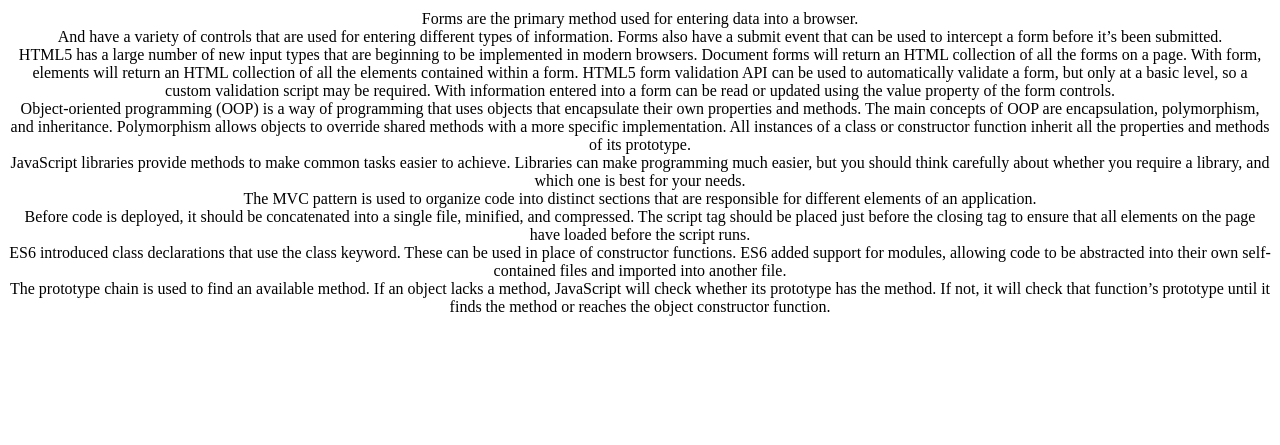
Repository: jknudsen97/WDD-330-Portfolio
Page: week4/notes.html
An editor plug-in stored every save of this project. The page is shown before and after the next save, followed by the edit.
The browser window is 1280 px wide. The pictures show the whole page.

Above is the page before, as saved 2021-10-20 20:10:28.

### week4/notes.html
<!DOCTYPE html>
<html lang="en">
<head>
    <meta charset="UTF-8">
    <meta http-equiv="X-UA-Compatible" content="IE=edge">
    <meta name="viewport" content="width=device-width, initial-scale=1.0">
    <link rel="stylesheet" href="../css/style.css">
    <title>Week 04 Notes</title>
</head>
<body>
    <p>
        Forms are the primary method used for entering data into a browser.<br>
        And have a variety of controls that are used for entering different types of information. Forms also have a submit event that can be used to intercept a form before it’s been submitted.
        <br>
        HTML5 has a large number of new input types that are beginning to be implemented in modern browsers. Document forms will return an HTML collection of all the forms on a page. With form, elements will return an HTML collection of all the elements contained within a form. HTML5 form validation API can be used to automatically validate a form, but only at a basic level, so a custom validation script may be required. With information entered into a form can be read or updated using the value property of the form controls.
        <br>
        Object-oriented programming (OOP) is a way of programming that uses objects that encapsulate their own properties and methods. The main concepts of OOP are encapsulation, polymorphism, and inheritance. Polymorphism allows objects to override shared methods with a more specific implementation. All instances of a class or constructor function inherit all the properties and methods of its prototype.
        <br>
        JavaScript libraries provide methods to make common tasks easier to achieve. Libraries can make programming much easier, but you should think carefully about whether you require a library, and which one is best for your needs.
        <br>
        The MVC pattern is used to organize code into distinct sections that are responsible for different elements of an application.
        <br>
        Before code is deployed, it should be concatenated into a single file, minified, and compressed. The script tag should be placed just before the closing </body> tag to ensure that all elements on the page have loaded before the script runs.
        <br>
        ES6 introduced class declarations that use the class keyword. These can be used in place of constructor functions. ES6 added support for modules, allowing code to be abstracted into their own self-contained files and imported into another file.
        <br>
        The prototype chain is used to find an available method. If an object lacks a method, JavaScript will check whether its prototype has the method. If not, it will check that function’s prototype until it finds the method or reaches the object constructor function.
    </p>
</body>
</html>

### css/style.css
main{
    text-align: center;
}

header{
    color: white;
    background-color: navy;
}

ul{
    list-style-type: none;
}

li{
    width: fit-content;
    border: 2px;
    margin: 5px;
    color: black;
    margin-left: auto;
    margin-right: auto;
    background-color: lightblue;
}

li:hover{
    color: black;
    background-color: white;
}

footer{
    background-color: navy;
    color: white;
}

p{
    display: block;
    border: 10px;
    margin: 10px;
    text-align: center;
    margin-left: auto;
    margin-right: auto;
}

After the next save:
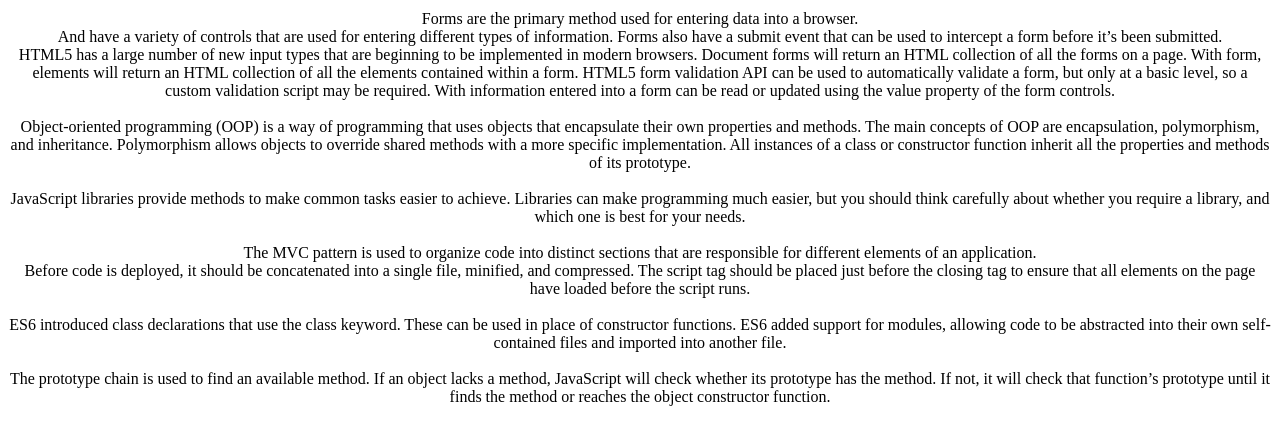
Saved 78 s later.
--- a/week4/notes.html
+++ b/week4/notes.html
@@ -12,19 +12,19 @@
         Forms are the primary method used for entering data into a browser.<br>
         And have a variety of controls that are used for entering different types of information. Forms also have a submit event that can be used to intercept a form before it’s been submitted.
         <br>
-        HTML5 has a large number of new input types that are beginning to be implemented in modern browsers. Document forms will return an HTML collection of all the forms on a page. With form, elements will return an HTML collection of all the elements contained within a form. HTML5 form validation API can be used to automatically validate a form, but only at a basic level, so a custom validation script may be required. With information entered into a form can be read or updated using the value property of the form controls.
+        HTML5 has a large number of new input types that are beginning to be implemented in modern browsers. Document forms will return an HTML collection of all the forms on a page. With form, elements will return an HTML collection of all the elements contained within a form. HTML5 form validation API can be used to automatically validate a form, but only at a basic level, so a custom validation script may be required. With information entered into a form can be read or updated using the value property of the form controls.<br>
         <br>
-        Object-oriented programming (OOP) is a way of programming that uses objects that encapsulate their own properties and methods. The main concepts of OOP are encapsulation, polymorphism, and inheritance. Polymorphism allows objects to override shared methods with a more specific implementation. All instances of a class or constructor function inherit all the properties and methods of its prototype.
+        Object-oriented programming (OOP) is a way of programming that uses objects that encapsulate their own properties and methods. The main concepts of OOP are encapsulation, polymorphism, and inheritance. Polymorphism allows objects to override shared methods with a more specific implementation. All instances of a class or constructor function inherit all the properties and methods of its prototype.<br>
         <br>
-        JavaScript libraries provide methods to make common tasks easier to achieve. Libraries can make programming much easier, but you should think carefully about whether you require a library, and which one is best for your needs.
+        JavaScript libraries provide methods to make common tasks easier to achieve. Libraries can make programming much easier, but you should think carefully about whether you require a library, and which one is best for your needs.<br>
         <br>
         The MVC pattern is used to organize code into distinct sections that are responsible for different elements of an application.
         <br>
-        Before code is deployed, it should be concatenated into a single file, minified, and compressed. The script tag should be placed just before the closing </body> tag to ensure that all elements on the page have loaded before the script runs.
+        Before code is deployed, it should be concatenated into a single file, minified, and compressed. The script tag should be placed just before the closing </body> tag to ensure that all elements on the page have loaded before the script runs.<br>
         <br>
-        ES6 introduced class declarations that use the class keyword. These can be used in place of constructor functions. ES6 added support for modules, allowing code to be abstracted into their own self-contained files and imported into another file.
+        ES6 introduced class declarations that use the class keyword. These can be used in place of constructor functions. ES6 added support for modules, allowing code to be abstracted into their own self-contained files and imported into another file.<br>
         <br>
-        The prototype chain is used to find an available method. If an object lacks a method, JavaScript will check whether its prototype has the method. If not, it will check that function’s prototype until it finds the method or reaches the object constructor function.
+        The prototype chain is used to find an available method. If an object lacks a method, JavaScript will check whether its prototype has the method. If not, it will check that function’s prototype until it finds the method or reaches the object constructor function.<br>
     </p>
 </body>
 </html>
